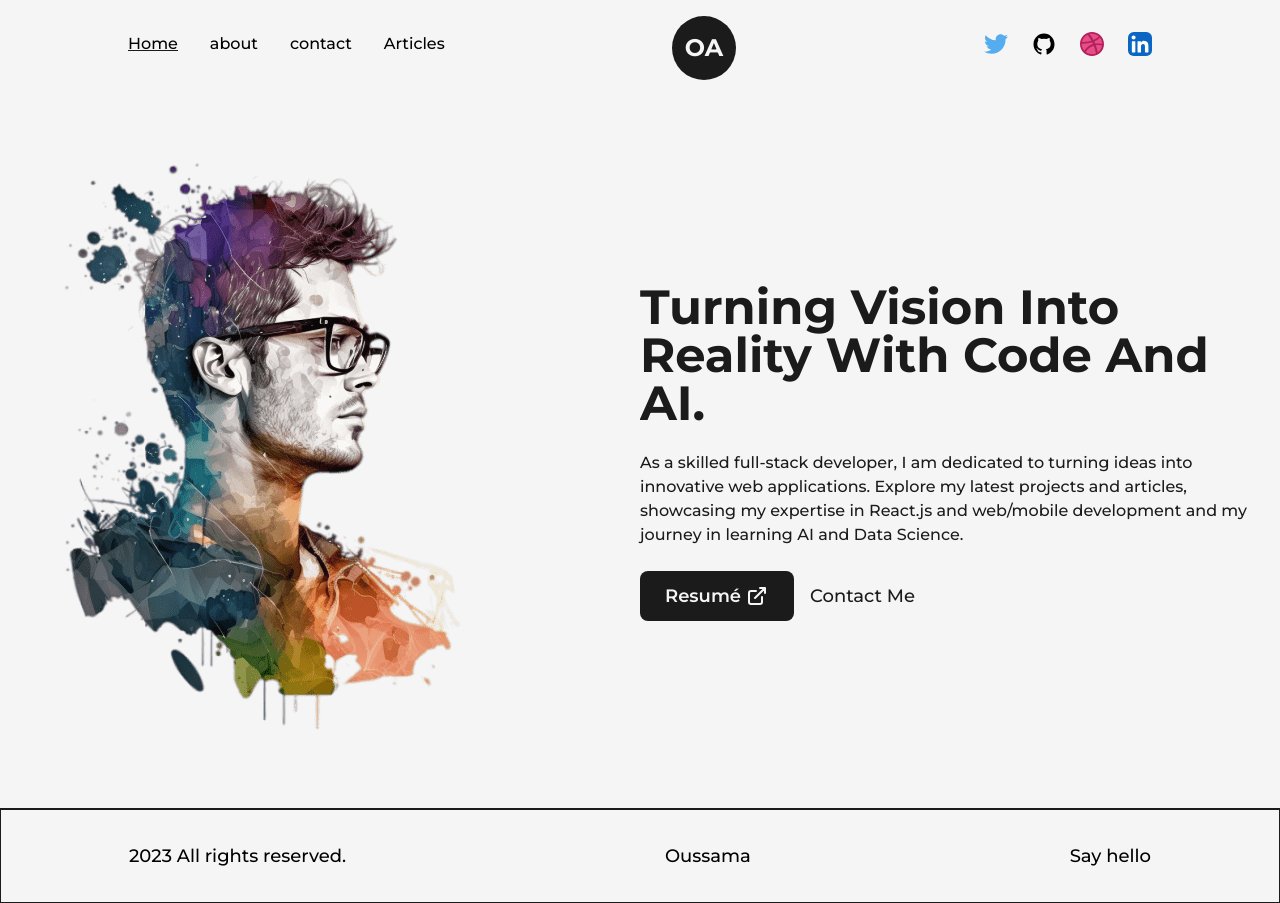
Repository: OussamaAbderraoufAttia/Next.js-Developer-Portfolio
Page: /
These files come from the project's save history. The page is drawn as it stood at one moment and after the next save; the edit follows.
The browser window is 1280 px wide. The pictures show the whole page.
The project was rebuilt for these pictures with package versions that can differ from the ones it lists, and the page was loaded fresh each time. The framework's server and built-in components were replaced by stand-ins that run in the browser. Also part of the build but not shown: next.config.js.

Above is the page before, as saved 2023-06-25 00:29:01.

After the next save:
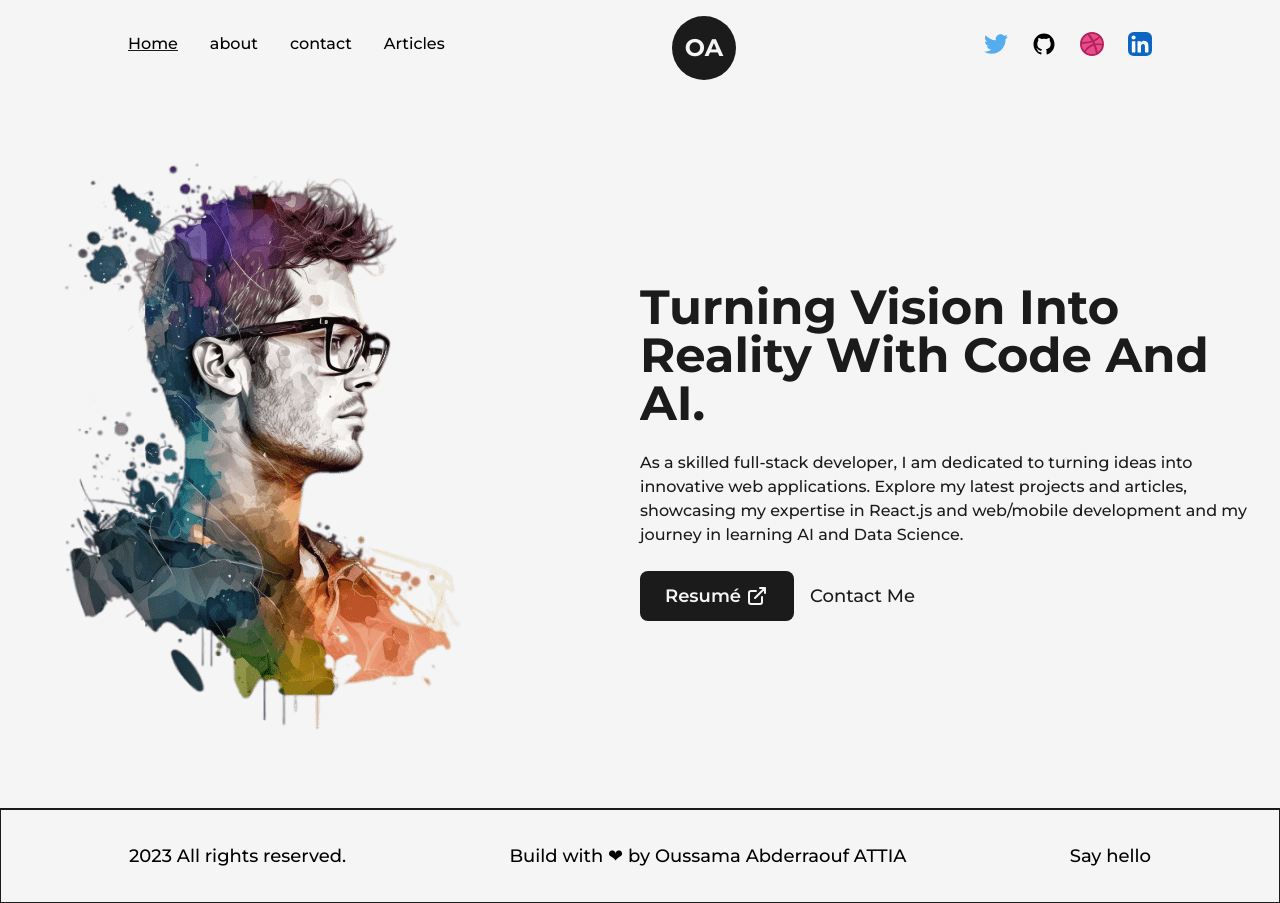
Saved 44 s later.
--- a/src/components/Footer.js
+++ b/src/components/Footer.js
@@ -12,9 +12,11 @@
         <span>
             2023 All rights reserved.
         </span>
-        <Link href="/" >
-            Oussama
-        </Link>
+        <div>
+            <Link href="/" >
+                Build with &#10084; by Oussama Abderraouf ATTIA
+             </Link>
+        </div>
         <Link href="/" >
             Say hello
         </Link>
